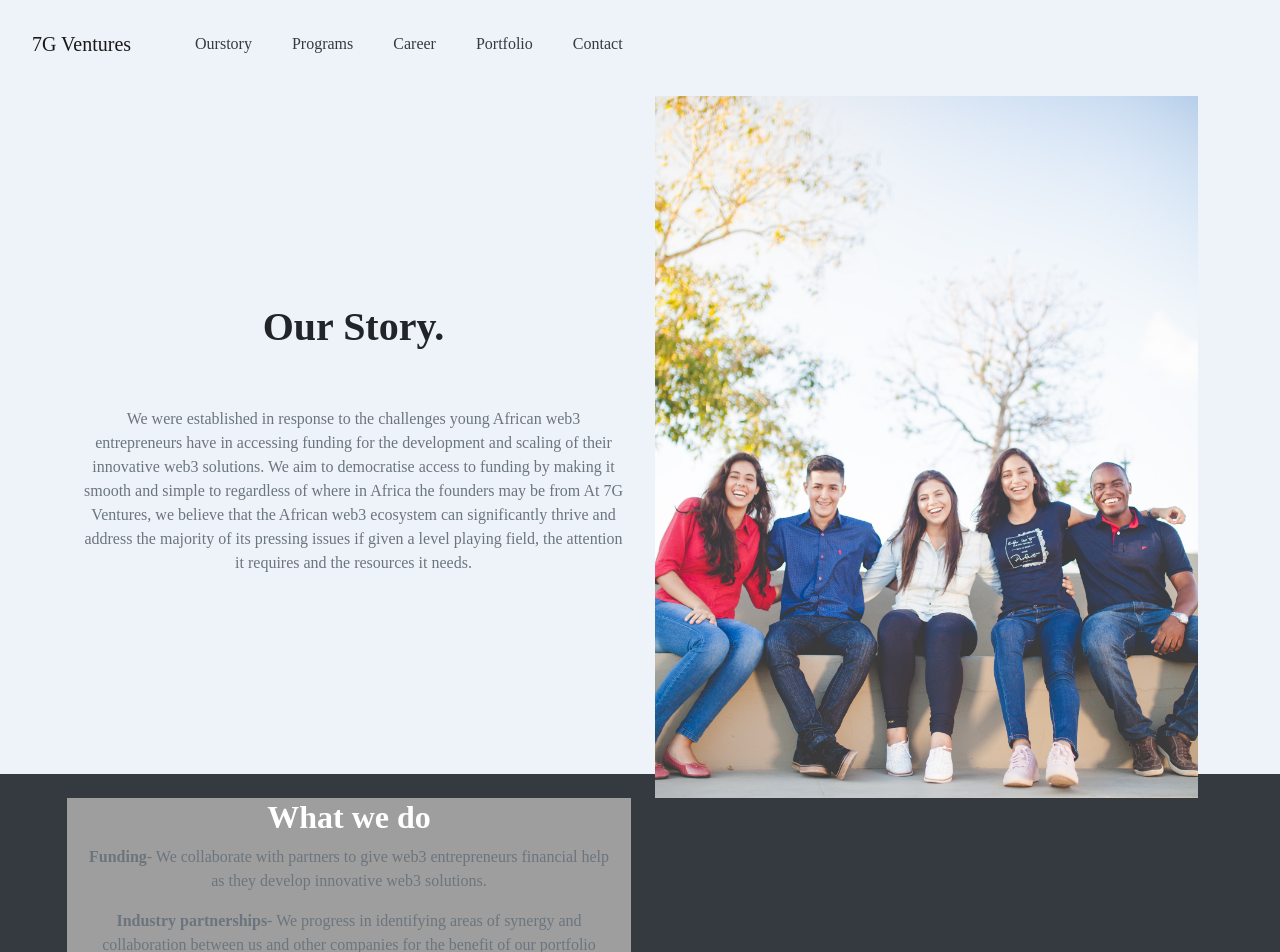
Repository: Jeremicarose/G7-venture
Page: index.html
These files come from the project's save history. The page is drawn as it stood at one moment and after the next save; the edit follows.
The browser window is 1280 px wide. The pictures show the part of the page from y = 0 to 952 px (the page is 2967 px tall before and 3015 px after).
Pictures or frames that could not be fetched are drawn as grey boxes. A picture or video elsewhere on the page could not be fetched, so the positions and the page height are approximate.

Above is the page before, as saved 2023-02-04 08:39:07.

After the next save:
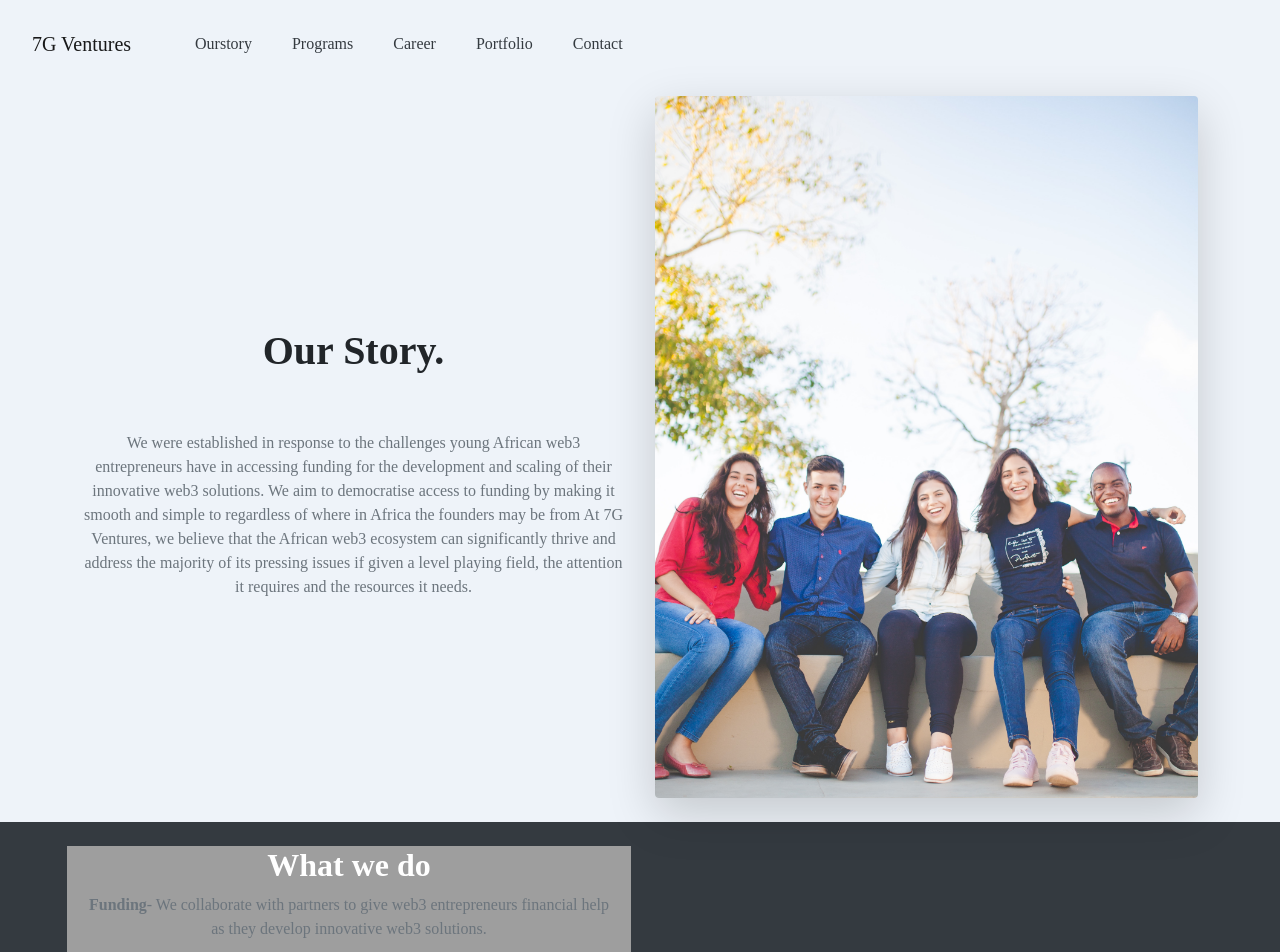
Saved 2 min 20 s later.
--- a/index.html
+++ b/index.html
@@ -89,7 +89,7 @@
             <span>
               <img
                 src="asset\image1.jpg"
-                class="img-fluid"
+                class="img-fluid rounded shadow-lg mb-5"
                 alt="hero-phone"
               />
             </span>
